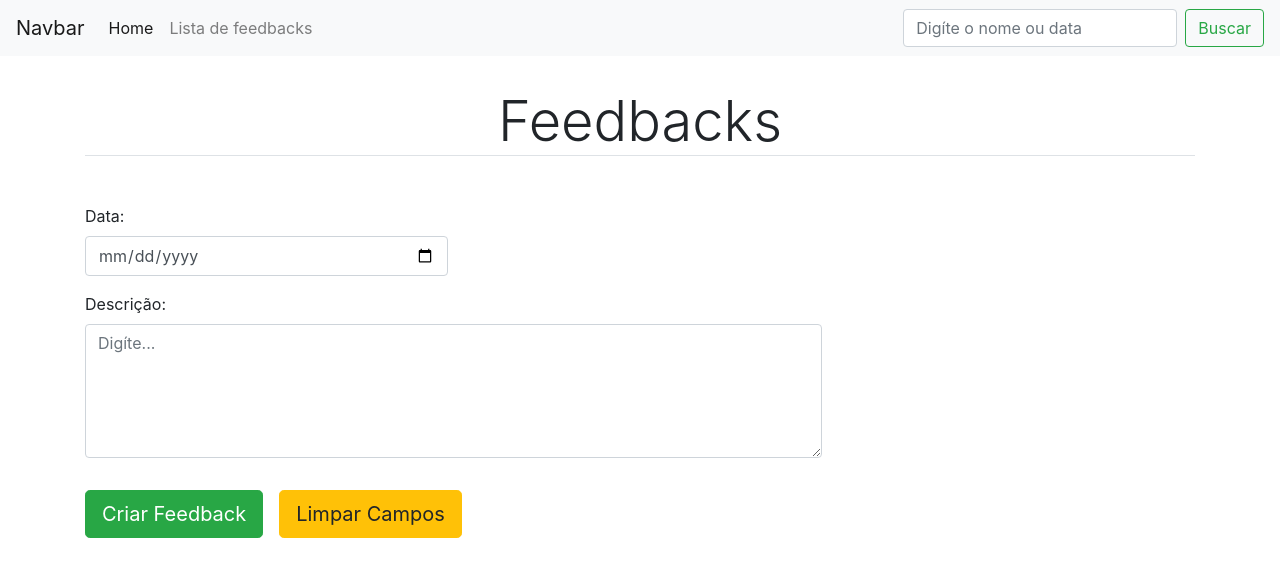
Repository: JulioSantooz/maisViagensSegundaVersao
Page: java-web(eclipse)/java-crud-mais-viagens/src/main/webapp/descricao.html
The author's editor kept a copy of each file at every save. The page is drawn from the files as they stood at one save, then again after the next save.
The browser window is 1280 px wide. The pictures show the whole page.
Some web libraries are served in a nearby version.

Above is the page before, as saved 2022-02-06 15:26:30.

After the next save:
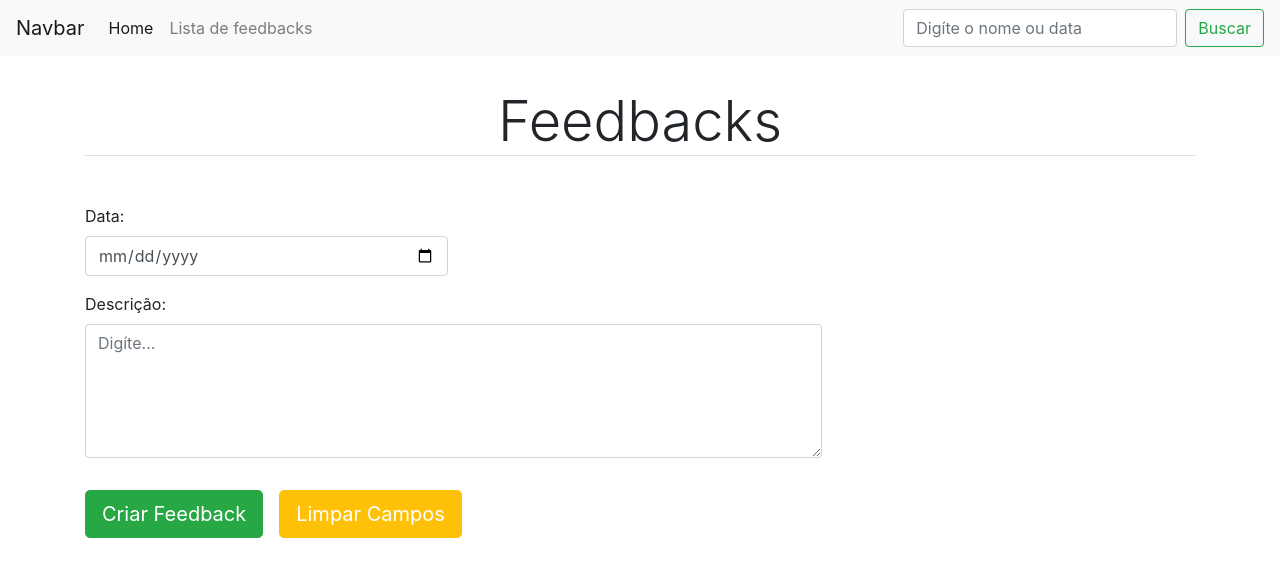
Saved 17 s later.
--- a/java-web(eclipse)/java-crud-mais-viagens/src/main/webapp/descricao.html
+++ b/java-web(eclipse)/java-crud-mais-viagens/src/main/webapp/descricao.html
@@ -45,7 +45,7 @@
                     </div>
                 </div>
                 <button type="submit" class="btn btn-lg btn-success my-3 float-left">Criar Feedback</button>
-                <button type="reset" class="btn btn-lg btn-warning ml-3 my-3 float-left">Limpar Campos</button>
+                <button type="reset" class="btn btn-lg btn-warning text-white ml-3 my-3 float-left">Limpar Campos</button>
             </form>
 		</div>
 	</div>
